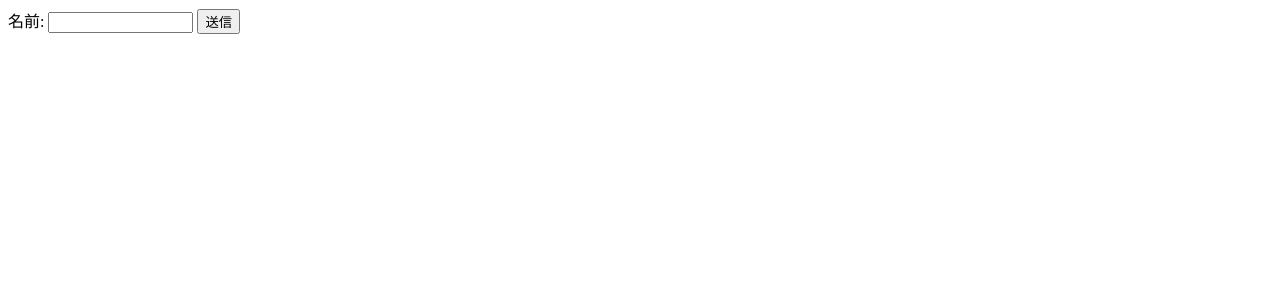
Repository: movingfastball/2020_stady
Page: http://localhost/original.php
These files come from the project's save history. The page is drawn as it stood at one moment and after the next save; the edit follows.
The browser window is 1280 px wide. The pictures show the whole page.
The page is run by PHP 8.4 with error messages shown; the project is at /var/www/html/.

Above is the page before, as saved 2020-05-07 22:36:08.

After the next save:
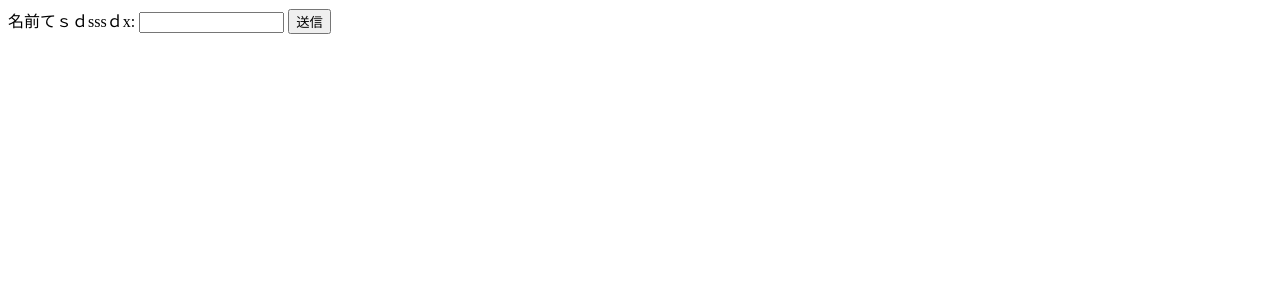
Saved 17 days later.
--- a/original.php
+++ b/original.php
@@ -6,7 +6,7 @@
 </head>
 <body>
 <form method="post" action = "original2.php">
-<label for = "name">名前:</label>
+<label for = "name">名前てｓｄsssｄx:</label>
 <!-- name属性をnameに設定しているからoriginal2.phpに情報を送れる -->
 <input id = "name" type = "text" name = "name" size = "15" />
 <input type = "submit" value = "送信">

After the save that followed:
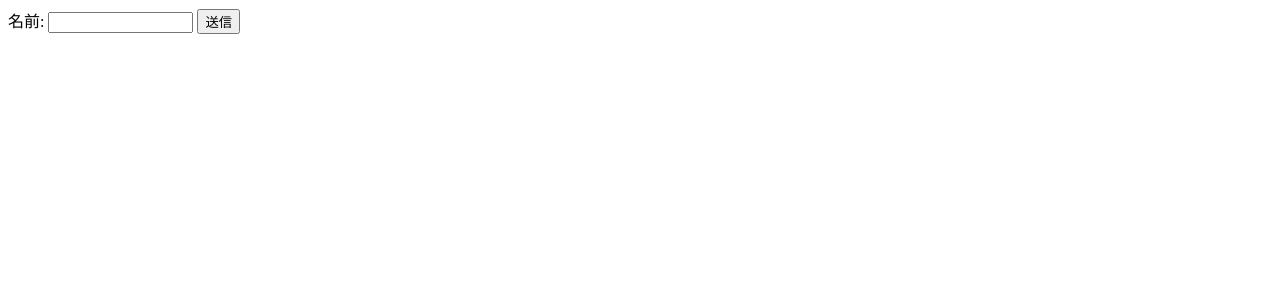
Saved 10 min 34 s later.
--- a/original.php
+++ b/original.php
@@ -6,7 +6,7 @@
 </head>
 <body>
 <form method="post" action = "original2.php">
-<label for = "name">名前てｓｄsssｄx:</label>
+<label for = "name">名前:</label>
 <!-- name属性をnameに設定しているからoriginal2.phpに情報を送れる -->
 <input id = "name" type = "text" name = "name" size = "15" />
 <input type = "submit" value = "送信">
